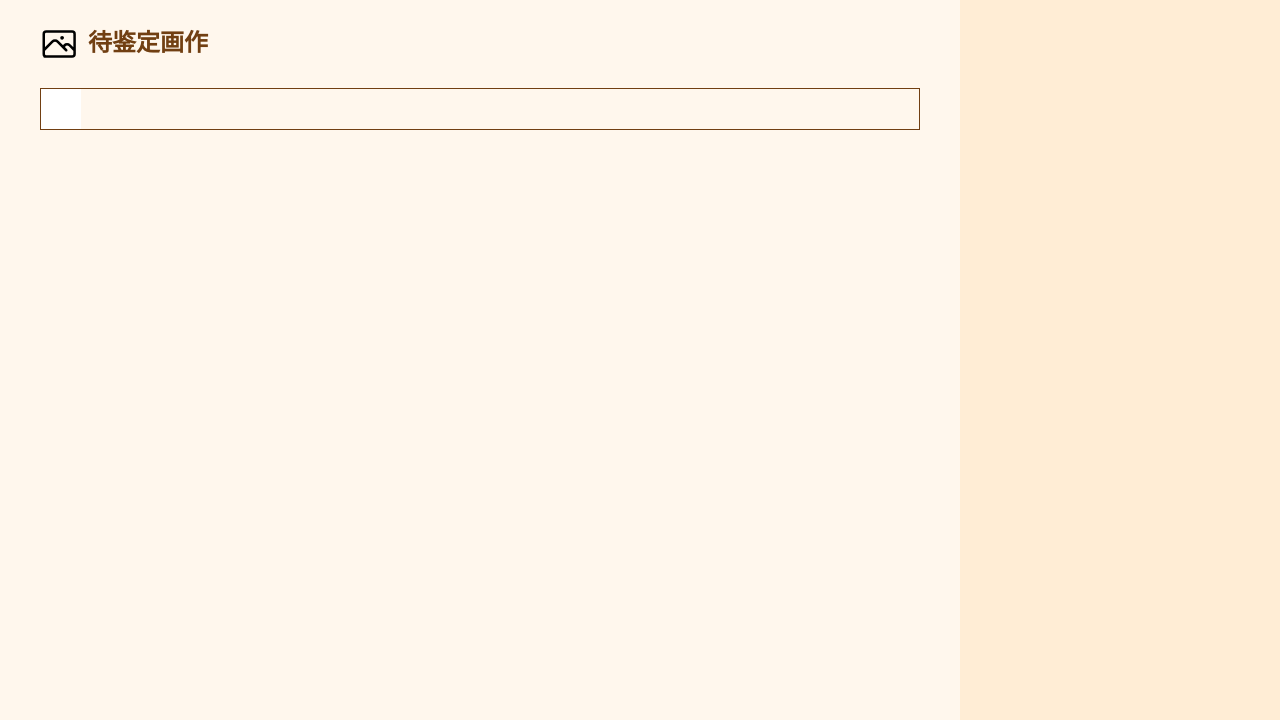
Repository: gaosth/Eyesee
Page: /dtail
An editor plug-in stored every save of this project. The page is shown before and after the next save, followed by the edit.
The browser window is 1280 px wide. The pictures show the whole page.
The project was rebuilt for these pictures with package versions that can differ from the ones it lists, and the page was loaded fresh each time. Also part of the build but not shown: vite.config.js, src/components/WelcomeItem.vue, src/components/icons/IconDocumentation.vue, src/components/icons/IconTooling.vue, src/components/icons/IconEcosystem.vue, src/components/icons/IconCommunity.vue, src/components/icons/IconSupport.vue, src/components/TheWelcome.vue and 5 more.

Above is the page before, as saved 2024-03-15 12:02:29.

After the next save:
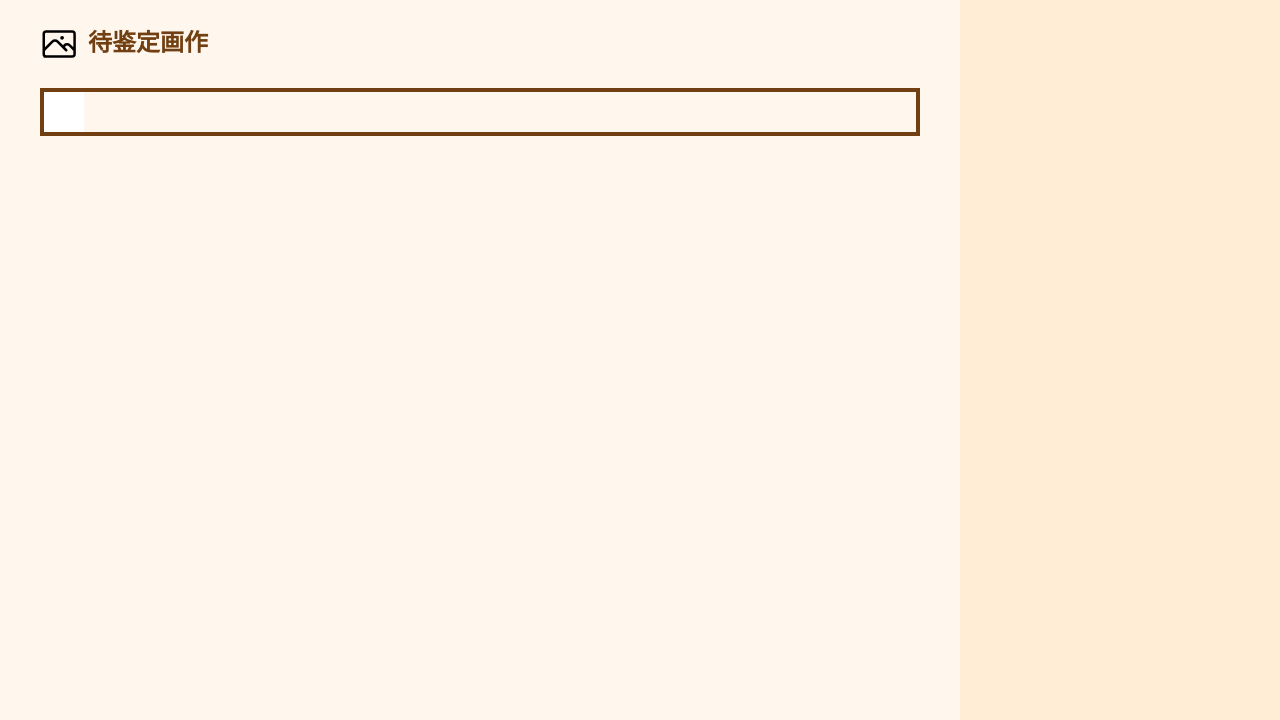
Saved 5 s later.
--- a/src/views/DetailView.vue
+++ b/src/views/DetailView.vue
@@ -11,7 +11,7 @@
                     待鉴定画作
                 </div>
             </div>
-            <div class = "mx-10 my-6 border border-yellow-900 border-rounded-lg border-5">
+            <div class = "mx-10 my-6 border border-yellow-900 border-rounded-lg border-4">
                 <div class = "h-10 w-10 bg-white">
 
                 </div>
